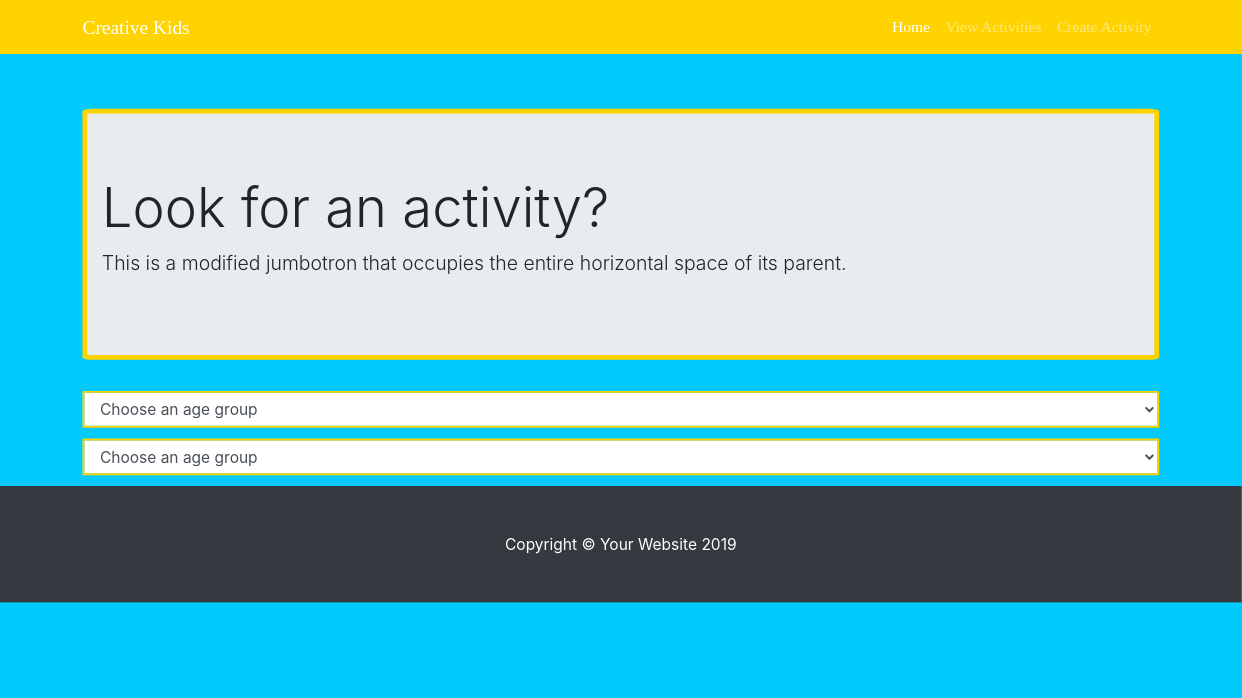
Repository: Neilfoster/milestone_project_3
Page: http://localhost/activity_view
The author's editor kept a record of every edit. The page is drawn from the files as they stood at one moment, then again after the next edit.
The browser window is 1280 px wide. The pictures show the whole page, at 97% of full size.
Some web fonts or font styles are not loaded; a fallback is used. Some web libraries are served in a nearby version. The page is served by the project's application, run on Flask 3 (app.py). Queries for data that is not in the repository find no rows.

Above is the page before.

After the next edit:
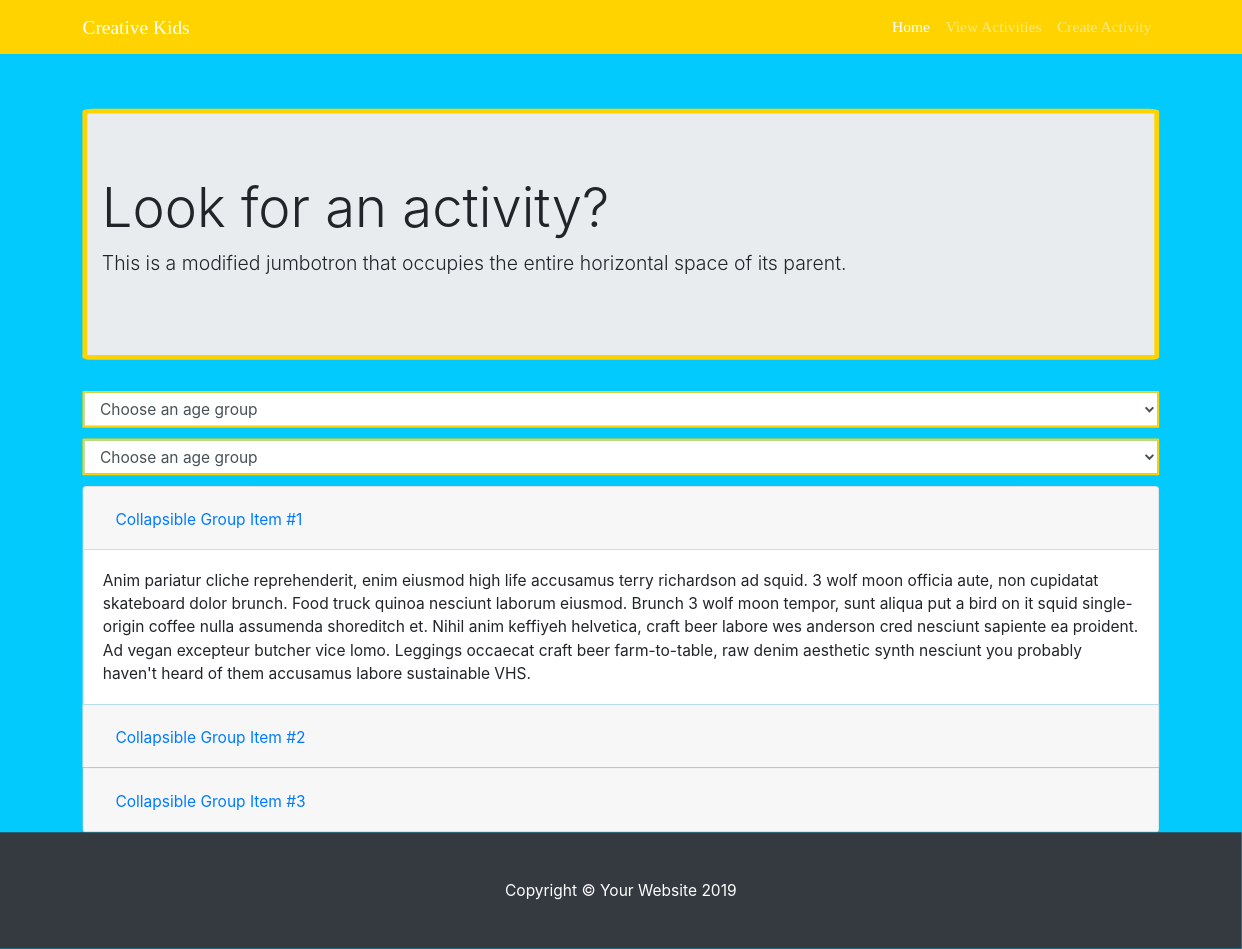
The edit:
--- a/templates/activity_view.html
+++ b/templates/activity_view.html
@@ -49,6 +49,51 @@
 
         {% endfor %}
     </div>
+    <div class="accordion" id="accordionExample">
+  <div class="card">
+    <div class="card-header" id="headingOne">
+      <h2 class="mb-0">
+        <button class="btn btn-link" type="button" data-toggle="collapse" data-target="#collapseOne" aria-expanded="true" aria-controls="collapseOne">
+          Collapsible Group Item #1
+        </button>
+      </h2>
+    </div>
+
+    <div id="collapseOne" class="collapse show" aria-labelledby="headingOne" data-parent="#accordionExample">
+      <div class="card-body">
+        Anim pariatur cliche reprehenderit, enim eiusmod high life accusamus terry richardson ad squid. 3 wolf moon officia aute, non cupidatat skateboard dolor brunch. Food truck quinoa nesciunt laborum eiusmod. Brunch 3 wolf moon tempor, sunt aliqua put a bird on it squid single-origin coffee nulla assumenda shoreditch et. Nihil anim keffiyeh helvetica, craft beer labore wes anderson cred nesciunt sapiente ea proident. Ad vegan excepteur butcher vice lomo. Leggings occaecat craft beer farm-to-table, raw denim aesthetic synth nesciunt you probably haven't heard of them accusamus labore sustainable VHS.
+      </div>
+    </div>
+  </div>
+  <div class="card">
+    <div class="card-header" id="headingTwo">
+      <h2 class="mb-0">
+        <button class="btn btn-link collapsed" type="button" data-toggle="collapse" data-target="#collapseTwo" aria-expanded="false" aria-controls="collapseTwo">
+          Collapsible Group Item #2
+        </button>
+      </h2>
+    </div>
+    <div id="collapseTwo" class="collapse" aria-labelledby="headingTwo" data-parent="#accordionExample">
+      <div class="card-body">
+        Anim pariatur cliche reprehenderit, enim eiusmod high life accusamus terry richardson ad squid. 3 wolf moon officia aute, non cupidatat skateboard dolor brunch. Food truck quinoa nesciunt laborum eiusmod. Brunch 3 wolf moon tempor, sunt aliqua put a bird on it squid single-origin coffee nulla assumenda shoreditch et. Nihil anim keffiyeh helvetica, craft beer labore wes anderson cred nesciunt sapiente ea proident. Ad vegan excepteur butcher vice lomo. Leggings occaecat craft beer farm-to-table, raw denim aesthetic synth nesciunt you probably haven't heard of them accusamus labore sustainable VHS.
+      </div>
+    </div>
+  </div>
+  <div class="card">
+    <div class="card-header" id="headingThree">
+      <h2 class="mb-0">
+        <button class="btn btn-link collapsed" type="button" data-toggle="collapse" data-target="#collapseThree" aria-expanded="false" aria-controls="collapseThree">
+          Collapsible Group Item #3
+        </button>
+      </h2>
+    </div>
+    <div id="collapseThree" class="collapse" aria-labelledby="headingThree" data-parent="#accordionExample">
+      <div class="card-body">
+        Anim pariatur cliche reprehenderit, enim eiusmod high life accusamus terry richardson ad squid. 3 wolf moon officia aute, non cupidatat skateboard dolor brunch. Food truck quinoa nesciunt laborum eiusmod. Brunch 3 wolf moon tempor, sunt aliqua put a bird on it squid single-origin coffee nulla assumenda shoreditch et. Nihil anim keffiyeh helvetica, craft beer labore wes anderson cred nesciunt sapiente ea proident. Ad vegan excepteur butcher vice lomo. Leggings occaecat craft beer farm-to-table, raw denim aesthetic synth nesciunt you probably haven't heard of them accusamus labore sustainable VHS.
+      </div>
+    </div>
+  </div>
+</div>
 
 </div>
 
